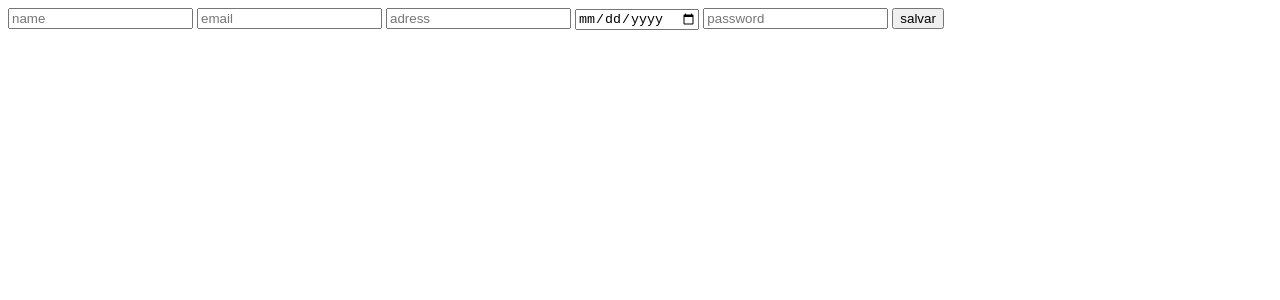
Repository: brunoFallis/projetosCastFinal
Page: http://localhost/crudWEB/add.jsp
The author's editor kept a copy of each file at every save. The page is drawn from the files as they stood at one save, then again after a run of saves.
The browser window is 1280 px wide. The pictures show the whole page.
The page is served by Tomcat 9. Other server files are loaded and not shown.

Above is the page before, as saved 2018-10-03 14:26:50.

### crudWEB/WebContent/add.jsp

<form id="formCadastro">
	<input type="hidden" name="option" value="add"/>
	<input placeholder="name" type="text" name="name"/>
	<input placeholder="email" type="email" name="email"/>
	<input placeholder="adress" type="text" name="adress"/>
	<input placeholder="date birth" type="date" name="date"/>
	<input placeholder="password" type="text" name="pass"/>
	<button id="btn-salvar">salvar</button>
</form>

After the next 3 saves:
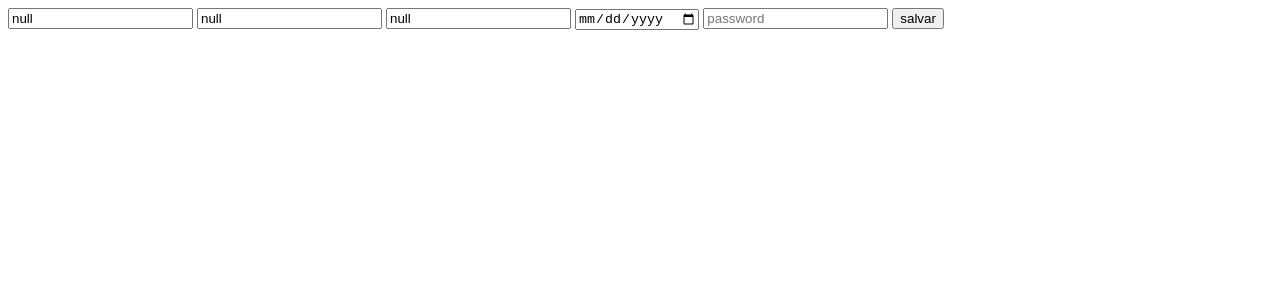
The 3 saves are shown as one change because they came seconds apart.
The last was saved 21 min 36 s later.
--- a/crudWEB/WebContent/add.jsp
+++ b/crudWEB/WebContent/add.jsp
@@ -1,10 +1,16 @@
 
 <form id="formCadastro">
-	<input type="hidden" name="option" value="add"/>
-	<input placeholder="name" type="text" name="name"/>
-	<input placeholder="email" type="email" name="email"/>
-	<input placeholder="adress" type="text" name="adress"/>
-	<input placeholder="date birth" type="date" name="date"/>
+
+	<input type="hidden" id="teste" name="option" value="<%=request.getParameter("op")%>"/>
+
+	<input placeholder="name" type="text" name="name" value="<%=request.getParameter("n")%>"/>
+	<input placeholder="email" type="email" name="email" value="<%=request.getParameter("e")%>"/>
+	<input placeholder="adress" type="text" name="adress" value="<%=request.getParameter("a")%>"/>
+	<input placeholder="date birth" type="date" name="date value="<%=request.getParameter("d")%>""/>
 	<input placeholder="password" type="text" name="pass"/>
+
 	<button id="btn-salvar">salvar</button>
+
+	<button id="btn-salvar-alteracao" style="display:none">salvar alteracao</button>
+
 </form>
